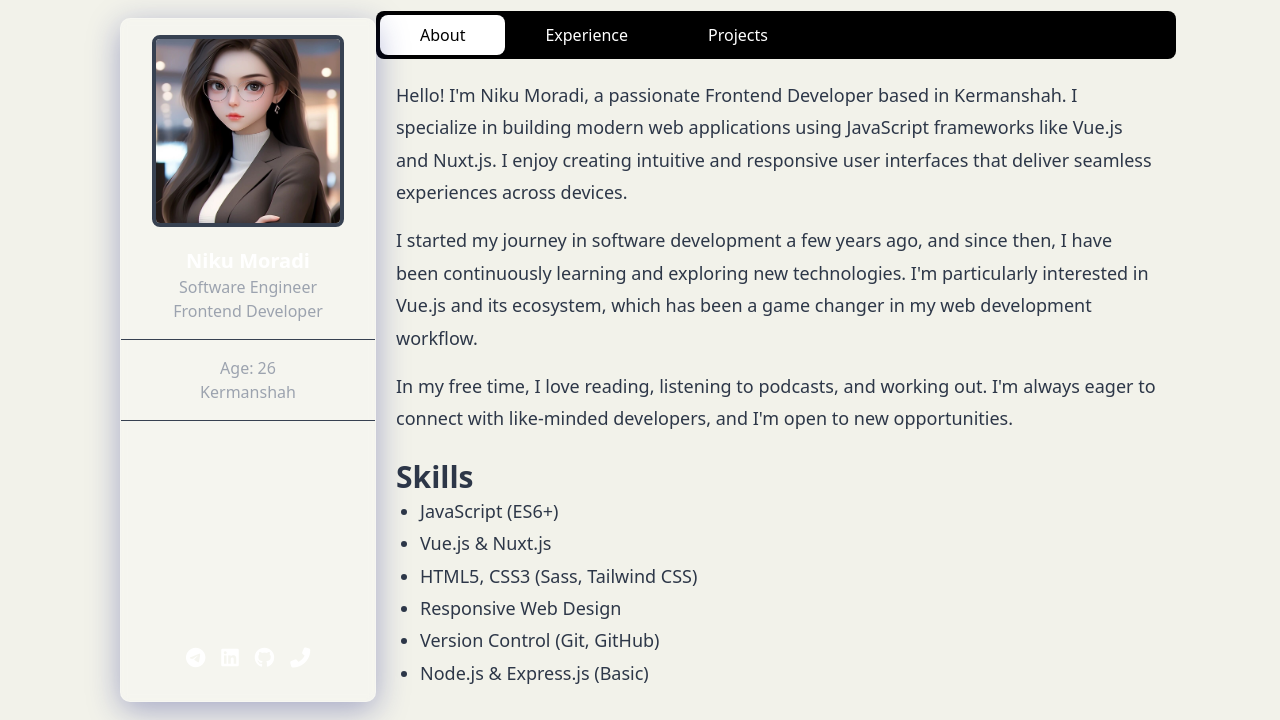
Repository: NikuMoradi/niku-moradi
Page: /About
An editor plug-in stored every save of this project. The page is shown before and after the next save, followed by the edit.
The browser window is 1280 px wide. The pictures show the whole page.
The project was rebuilt for these pictures with package versions that can differ from the ones it lists, and the page was loaded fresh each time. The framework's server and built-in components were replaced by stand-ins that run in the browser. Also part of the build but not shown: nuxt.config.ts, components/Blog Posts/Component-Design.vue, components/Blog.vue, components/Contact.vue, components/Education.vue, components/Experience.vue, components/Hero.vue, components/MyPage.vue and 3 more.

Above is the page before, as saved 2024-11-28 17:03:36.

### assets/css/main.css
@tailwind base;
@tailwind components;
@tailwind utilities;

body {
  /* From https://css.glass */
  background: #f2f2ea;
}

@layer utilities {
  .panel-bg {
    background: rgba(255, 255, 255, 0.25);
    box-shadow: 0 8px 32px 0 rgba(31, 38, 135, 0.37);
    backdrop-filter: blur(4px);
    -webkit-backdrop-filter: blur(4px);
    border-radius: 10px;
    border: 1px solid rgba(255, 255, 255, 0.18);
  }
}

### components/LeftPanel.vue
<template>
  <div
    class="panel-bg text-white h-[95vh] w-64 ml-4 rounded-xl shadow-lg flex flex-col"
  >
    <!-- Profile Picture -->
    <div
      class="p-4 flex flex-col items-center justify-center border-b border-gray-700"
    >
      <img
        src="../assets/img/photo_2024-11-28_10-37-05.jpg"
        alt="Profile Picture"
        class="w-48 h-48 mb-5 rounded-lg border-4 border-gray-700 object-cover object-center"
      />
      <h2 class="text-xl font-bold">Niku Moradi</h2>
      <p class="text-md text-gray-400">Software Engineer</p>
      <p class="text-md text-gray-400">Frontend Developer</p>
    </div>

    <!-- Biography -->
    <div class="p-4 text-center border-b border-gray-700">
      <p class="text-md text-gray-400">Age: 26</p>
      <p class="text-md text-gray-400">Kermanshah</p>
    </div>

    <!-- Social Links -->
    <div class="py-8 text-center mt-auto text-white">
      <div class="space-x-4">
        <a
          href="https://t.me/yourusername"
          target="_blank"
          class="text-white hover:text-blue-400"
        >
          <i class="fab fa-telegram fa-lg"></i>
        </a>
        <a
          href="https://linkedin.com/in/yourusername"
          target="_blank"
          class="text-white hover:text-blue-600"
        >
          <i class="fab fa-linkedin fa-lg"></i>
        </a>
        <a
          href="https://github.com/yourusername"
          target="_blank"
          class="text-white hover:text-gray-700"
        >
          <i class="fab fa-github fa-lg"></i>
        </a>
        <a href="tel:+1234567890" class="text-white hover:text-green-400">
          <i class="fas fa-phone-alt fa-lg"></i>
        </a>
      </div>
    </div>
  </div>
</template>

### components/Menu.vue
<template>
  <div class="flex items-center bg-black text-white px-1 py-1 rounded-lg">
    <!-- About -->
    <NuxtLink
      to="/about"
      class="font-medium rounded-lg px-10 py-2 hover:text-gray-300 transition duration-200"
      exact-active-class="bg-white text-black hover:text-black "
    >
      About
    </NuxtLink>

    <!-- Experience -->
    <NuxtLink
      to="/experience"
      class="font-medium rounded-lg px-10 py-2 hover:text-gray-300 transition duration-200"
      exact-active-class="bg-white text-black"
    >
      Experience
    </NuxtLink>

    <!-- Projects -->
    <NuxtLink
      to="/projects"
      class="font-medium rounded-lg px-10 py-2 hover:text-gray-300 transition duration-200"
      exact-active-class="bg-white text-black"
    >
      Projects
    </NuxtLink>

    <!-- Blog -->
    <!-- <NuxtLink
      to="/blog"
      class="font-medium rounded-lg px-10 py-2 hover:text-gray-300 transition duration-200"
      exact-active-class="bg-white text-black"
    >
      Blog
    </NuxtLink> -->
  </div>
</template>

### layouts/default.vue
<template>
  <div class="flex justify-center items-center min-h-screen">
    <!-- container -->
    <!-- Left panel -->
    <LeftPanel />

    <!-- menu and main content -->
    <div class="flex flex-col">
      <Menu />
      <NuxtPage />
    </div>
  </div>
</template>

<script setup>
import LeftPanel from "~/components/LeftPanel.vue";
import Menu from "~/components/Menu.vue";
</script>

<style scoped>
/* Additional layout-specific styles */
</style>

### app.vue
<!-- The app.vue is just holding the layout container and serving as the root.
 The default.vue layout handles the overall structure of the page.
All content from your pages will automatically be placed inside the NuxtPage slot of the layout.-->
<template>
  <NuxtLayout />
</template>

### pages/about.vue
<template>
  <div class="about-page">
    <div class="about-content text-lg text-gray-700 space-y-4">
      <p>
        Hello! I'm Niku Moradi, a passionate Frontend Developer based in
        Kermanshah. I specialize in building modern web applications using
        JavaScript frameworks like Vue.js and Nuxt.js. I enjoy creating
        intuitive and responsive user interfaces that deliver seamless
        experiences across devices.
      </p>

      <p>
        I started my journey in software development a few years ago, and since
        then, I have been continuously learning and exploring new technologies.
        I'm particularly interested in Vue.js and its ecosystem, which has been
        a game changer in my web development workflow.
      </p>

      <p>
        In my free time, I love reading, listening to podcasts, and working out.
        I'm always eager to connect with like-minded developers, and I'm open to
        new opportunities.
      </p>

      <div class="skills">
        <h2 class="text-3xl font-semibold mt-6">Skills</h2>
        <ul class="list-disc pl-6">
          <li>JavaScript (ES6+)</li>
          <li>Vue.js & Nuxt.js</li>
          <li>HTML5, CSS3 (Sass, Tailwind CSS)</li>
          <li>Responsive Web Design</li>
          <li>Version Control (Git, GitHub)</li>
          <li>Node.js & Express.js (Basic)</li>
        </ul>
      </div>
    </div>
  </div>
</template>

<script setup>
// You can import components here if needed
</script>

<style scoped>
.about-page {
  max-width: 800px;
  margin: 0 auto;
  padding: 20px;
}

.about-content {
  line-height: 1.8;
  color: #2d3748;
}

.skills {
  margin-top: 20px;
}

.contact-info a {
  text-decoration: underline;
}
</style>

Loaded but not shown: tailwind.config.js (common file); plugins/aos.client.js (no copy from this time; the picture is the same without it)

After the next save:
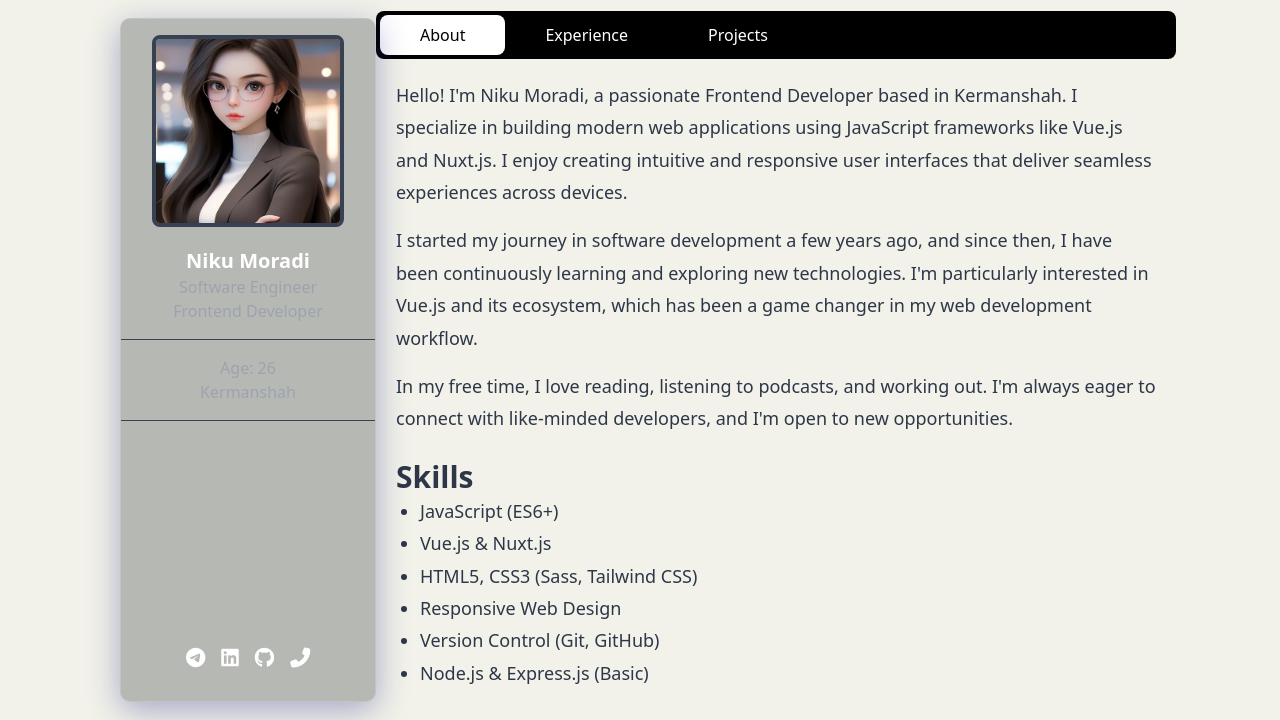
Saved 52 s later.
--- a/assets/css/main.css
+++ b/assets/css/main.css
@@ -9,7 +9,7 @@ body {
 
 @layer utilities {
   .panel-bg {
-    background: rgba(255, 255, 255, 0.25);
+    background: #b6b8b4;
     box-shadow: 0 8px 32px 0 rgba(31, 38, 135, 0.37);
     backdrop-filter: blur(4px);
     -webkit-backdrop-filter: blur(4px);
